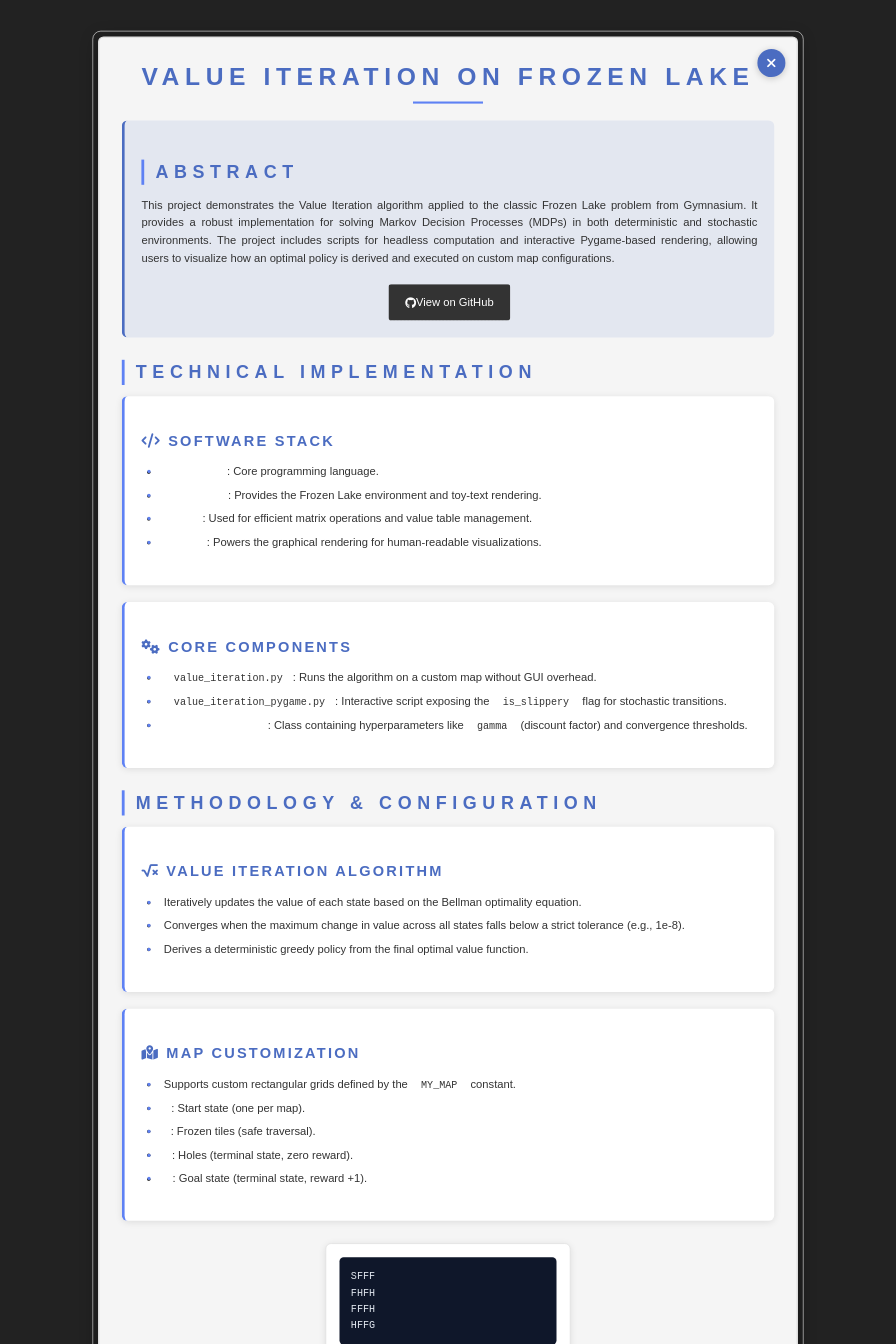
Repository: bk-poudel/bk-poudel.github.io
Page: projects/value_iteration_frozen_lake.html
An editor plug-in stored every save of this project. The page is shown before and after the next save, followed by the edit.
The browser window is 1280 px wide. The pictures show the part of the page from y = 0 to 1920 px (the page is 3699 px tall), at 70% of full size.

Above is the page before, as saved 2025-12-28 12:26:07.

### projects/value_iteration_frozen_lake.html
<!DOCTYPE HTML>
<html lang="en">
<head>
    <title>Value Iteration on Frozen Lake - Bibek Poudel</title>
    <meta charset="utf-8" />
    <meta name="viewport" content="width=device-width, initial-scale=1, user-scalable=no" />
    <link rel="stylesheet" href="../assets/css/main.css" />
    <link rel="stylesheet" href="https://cdnjs.cloudflare.com/ajax/libs/font-awesome/6.4.0/css/all.min.css" />
    <noscript><link rel="stylesheet" href="../assets/css/noscript.css" /></noscript>
    <style>
        /* Consistent color scheme with dark background and light content */
        :root {
            --primary: #4b6cc1;
            --secondary: #666666;
            --accent: #5e81f4;
            --light: #f8f8f8;
            --dark: #1a1a1a;
            --text: #333333;
            --frame-color: #dddddd;
            --bg-color: #222222;
            --content-bg: #f5f5f5;
        }

        body {
            background-color: var(--bg-color);
            font-family: 'Arial', sans-serif;
            line-height: 1.6;
            padding: 20px;
        }

        .project-content {
            max-width: 1000px;
            margin: 2rem auto;
            padding: 2rem;
            background: var(--content-bg);
            border-radius: 8px;
            box-shadow: 0 4px 25px rgba(0,0,0,0.4);
            border: 2px solid var(--frame-color);
            position: relative;
            color: var(--text);
        }

        .project-content::before {
            content: "";
            position: absolute;
            top: -10px;
            left: -10px;
            right: -10px;
            bottom: -10px;
            border: 1px solid var(--frame-color);
            border-radius: 12px;
            pointer-events: none;
            z-index: -1;
        }

        h1 {
            text-align: center;
            color: var(--primary);
            font-size: 2.2rem;
            margin-bottom: 1.5rem;
            position: relative;
            padding-bottom: 1rem;
        }

        h1::after {
            content: "";
            position: absolute;
            bottom: 0;
            left: 50%;
            transform: translateX(-50%);
            width: 100px;
            height: 3px;
            background: var(--accent);
        }

        h2 {
            color: var(--primary);
            font-size: 1.6rem;
            margin-top: 2rem;
            margin-bottom: 1rem;
            border-left: 4px solid var(--accent);
            padding-left: 1rem;
        }

        h3 {
            color: var(--primary);
            font-size: 1.3rem;
            margin-top: 1.5rem;
        }

        p {
            text-align: justify;
            margin-bottom: 1.5rem;
            color: var(--text);
        }

        ul, ol {
            padding-left: 1.5rem;
            margin-bottom: 1.5rem;
        }

        li {
            margin-bottom: 0.5rem;
            position: relative;
            color: var(--text);
        }

        li::before {
            content: "•";
            color: var(--accent);
            font-weight: bold;
            position: absolute;
            left: -1rem;
        }

        .button {
            background: var(--primary);
            color: white;
            padding: 0.8rem 1.5rem;
            border-radius: 4px;
            text-decoration: none;
            display: inline-flex;
            align-items: center;
            transition: all 0.3s ease;
            font-weight: 500;
            border: none;
        }

        .button:hover {
            background: var(--accent);
            transform: translateY(-2px);
        }

        .button i {
            margin-right: 0.5rem;
        }

        .abstract {
            background-color: rgba(75, 108, 193, 0.1);
            padding: 1.5rem;
            border-radius: 8px;
            margin-bottom: 2rem;
            border-left: 4px solid var(--primary);
        }

        .figure-container {
            display: flex;
            justify-content: center;
            flex-wrap: wrap;
            gap: 1.5rem;
            margin: 2rem 0;
        }

        .figure {
            flex: 0 1 350px;
            text-align: center;
            background: white;
            padding: 1.2rem;
            border-radius: 8px;
            box-shadow: 0 2px 10px rgba(0,0,0,0.1);
            transition: transform 0.3s ease;
            border: 1px solid #e0e0e0;
        }

        .figure:hover {
            transform: translateY(-5px);
        }

        .figure pre {
            text-align: left;
            background: #0f172a;
            color: #e2e8f0;
            padding: 1rem;
            border-radius: 6px;
            overflow-x: auto;
            font-size: 0.9rem;
            font-family: 'Courier New', monospace;
            margin-bottom: 0.8rem;
        }

        .figure-caption {
            font-style: italic;
            color: var(--secondary);
            font-size: 0.9rem;
        }

        .product-item {
            margin-bottom: 2.5rem;
            background: white;
            border-radius: 8px;
            overflow: hidden;
            box-shadow: 0 2px 15px rgba(0,0,0,0.1);
            border: 1px solid #e0e0e0;
        }

        .product-header {
            background: var(--primary);
            color: white;
            padding: 1rem;
            font-weight: 600;
        }

        .product-content {
            padding: 1.5rem;
        }

        .impact-points {
            display: grid;
            grid-template-columns: repeat(auto-fit, minmax(250px, 1fr));
            gap: 1.5rem;
            margin-top: 1.5rem;
        }

        .impact-point {
            background: white;
            padding: 1.5rem;
            border-radius: 8px;
            box-shadow: 0 2px 10px rgba(0,0,0,0.1);
            text-align: center;
            border: 1px solid #e0e0e0;
        }

        .impact-point i {
            font-size: 2rem;
            color: var(--primary);
            margin-bottom: 1rem;
        }

        .methodology-item {
            background: white;
            padding: 1.5rem;
            border-radius: 8px;
            margin-bottom: 1.5rem;
            box-shadow: 0 2px 10px rgba(0,0,0,0.1);
            border-left: 4px solid var(--accent);
        }

        .github-button {
            background: #333;
            color: white;
            padding: 0.8rem 1.5rem;
            border-radius: 4px;
            text-decoration: none;
            display: inline-flex;
            align-items: center;
            transition: all 0.3s ease;
            font-weight: 500;
        }

        .github-button:hover {
            background: #555;
            transform: translateY(-2px);
        }

        .feature-list {
            display: grid;
            grid-template-columns: repeat(auto-fit, minmax(300px, 1fr));
            gap: 1.5rem;
        }

        .feature-item {
            background: white;
            padding: 1.5rem;
            border-radius: 8px;
            box-shadow: 0 2px 10px rgba(0,0,0,0.1);
            border-left: 4px solid var(--primary);
        }

        .close-button {
            position: absolute;
            top: 1rem;
            right: 1rem;
            width: 40px;
            height: 40px;
            background: var(--primary);
            border: none;
            border-radius: 50%;
            color: white;
            font-size: 1.2rem;
            cursor: pointer;
            display: flex;
            align-items: center;
            justify-content: center;
            transition: all 0.3s ease;
            z-index: 10;
            text-decoration: none;
            box-shadow: 0 2px 10px rgba(0,0,0,0.2);
        }

        .close-button:hover {
            background: var(--accent);
            transform: scale(1.1);
            box-shadow: 0 4px 15px rgba(0,0,0,0.3);
            color: white;
            text-decoration: none;
        }

        .close-button:active {
            transform: scale(0.95);
        }

        @media (max-width: 768px) {
            .project-content {
                padding: 1.5rem;
                margin: 1rem;
            }

            h1 {
                font-size: 1.8rem;
            }

            .figure-container {
                flex-direction: column;
            }
        }
    </style>
</head>
<body class="is-preload">
    <div class="project-content">
        <a href="../index.html#projects" class="close-button" title="Back to Projects">
            <i class="fas fa-times"></i>
        </a>

        <h1>Value Iteration on Frozen Lake</h1>

        <div class="abstract">
            <h2>Abstract</h2>
            <p>This project demonstrates the Value Iteration algorithm applied to the classic Frozen Lake problem from Gymnasium. It provides a robust implementation for solving Markov Decision Processes (MDPs) in both deterministic and stochastic environments. The project includes scripts for headless computation and interactive Pygame-based rendering, allowing users to visualize how an optimal policy is derived and executed on custom map configurations.</p>
            <div style="text-align: center; margin-top: 1rem;">
                <a href="https://github.com/bk-poudel/Stanford-224R/tree/main/Value_iteration" class="github-button" target="_blank">
                    <i class="fab fa-github"></i>
                    View on GitHub
                </a>
            </div>
        </div>

        <div class="technologies-used">
            <h2>Technical Implementation</h2>

            <div class="methodology-item">
                <h3><i class="fas fa-code"></i> Software Stack</h3>
                <ul>
                    <li><strong>Python 3.9+</strong>: Core programming language.</li>
                    <li><strong>Gymnasium</strong>: Provides the Frozen Lake environment and toy-text rendering.</li>
                    <li><strong>NumPy</strong>: Used for efficient matrix operations and value table management.</li>
                    <li><strong>Pygame</strong>: Powers the graphical rendering for human-readable visualizations.</li>
                </ul>
            </div>

            <div class="methodology-item">
                <h3><i class="fas fa-cogs"></i> Core Components</h3>
                <ul>
                    <li><code>value_iteration.py</code>: Runs the algorithm on a custom map without GUI overhead.</li>
                    <li><code>value_iteration_pygame.py</code>: Interactive script exposing the <code>is_slippery</code> flag for stochastic transitions.</li>
                    <li><strong>CustomFrozenLake</strong>: Class containing hyperparameters like <code>gamma</code> (discount factor) and convergence thresholds.</li>
                </ul>
            </div>
        </div>

        <div class="methodology">
            <h2>Methodology & Configuration</h2>

            <div class="methodology-item">
                <h3><i class="fas fa-square-root-alt"></i> Value Iteration Algorithm</h3>
                <ul>
                    <li>Iteratively updates the value of each state based on the Bellman optimality equation.</li>
                    <li>Converges when the maximum change in value across all states falls below a strict tolerance (e.g., 1e-8).</li>
                    <li>Derives a deterministic greedy policy from the final optimal value function.</li>
                </ul>
            </div>

            <div class="methodology-item">
                <h3><i class="fas fa-map-marked-alt"></i> Map Customization</h3>
                <ul>
                    <li>Supports custom rectangular grids defined by the <code>MY_MAP</code> constant.</li>
                    <li><strong>S</strong>: Start state (one per map).</li>
                    <li><strong>F</strong>: Frozen tiles (safe traversal).</li>
                    <li><strong>H</strong>: Holes (terminal state, zero reward).</li>
                    <li><strong>G</strong>: Goal state (terminal state, reward +1).</li>
                </ul>
            </div>
        </div>

        <div class="figure-container">
            <div class="figure">
                <pre>
SFFF
FHFH
FFFH
HFFG
</pre>
                <div class="figure-caption">Figure 1: Example 4x4 Frozen Lake map configuration. 'S' is Start, 'G' is Goal, 'H' are Holes.</div>
                <p>The agent must navigate from S to G while avoiding H. In slippery mode, movement direction is stochastic.</p>
            </div>
        </div>

        <div class="products-created">
            <h2>Key Features</h2>

            <div class="feature-list">
                <div class="feature-item">
                    <h3><i class="fas fa-desktop"></i> Dual Execution Modes</h3>
                    <p>Choose between a fast, headless script for quick convergence checks or a Pygame-based visualizer to watch the agent's behavior in real-time.</p>
                </div>

                <div class="feature-item">
                    <h3><i class="fas fa-dice"></i> Dynamic Transitions</h3>
                    <p>Toggle the <code>is_slippery</code> flag to switch between deterministic movement and stochastic dynamics, testing the robustness of the learned policy.</p>
                </div>

                <div class="feature-item">
                    <h3><i class="fas fa-sliders-h"></i> Tunable Hyperparameters</h3>
                    <p>Direct access to tuning parameters like the discount factor (gamma) and convergence tolerance allows for experimentation with planning horizons and accuracy.</p>
                </div>
            </div>
        </div>

        <div class="impact">
            <h2>Results and Impact</h2>
            <p>The implementation successfully demonstrates the power of Dynamic Programming in solving finite MDPs. The agent reliably learns to navigate complex, hole-ridden maps, adapting its path based on the environmental dynamics.</p>

            <div class="impact-points">
                <div class="impact-point">
                    <i class="fas fa-check-circle"></i>
                    <h3>Convergence</h3>
                    <p>Achieves optimal policy convergence within seconds for standard grid sizes.</p>
                </div>

                <div class="impact-point">
                    <i class="fas fa-graduation-cap"></i>
                    <h3>Educational Value</h3>
                    <p>Provides a clear, modifiable sandbox for understanding Reinforcement Learning fundamentals.</p>
                </div>

                <div class="impact-point">
                    <i class="fas fa-eye"></i>
                    <h3>Visual Verification</h3>
                    <p>Visual tools allow immediate verification of policy safety and efficiency.</p>
                </div>
            </div>

            <h3 style="margin-top: 2rem;">Future Work</h3>
            <ul>
                <li>Implement Policy Iteration for performance benchmarking.</li>
                <li>Scale to larger, procedurally generated maps (8x8 and beyond).</li>
                <li>Integrate Q-Learning to compare model-based vs. model-free approaches.</li>
            </ul>
        </div>

        <div class="conclusion">
            <h2>Conclusion</h2>
            <p>This project serves as a foundational implementation of Value Iteration, bridging the gap between theoretical MDP concepts and practical code. By offering both computational and visual interfaces, it enables a deeper understanding of how agents plan and adapt in uncertain environments. The modular design allows for easy extension to more complex grid worlds and algorithms.</p>
        </div>

        <div class="home-button" style="text-align: center; margin-top: 3rem;">
            <a href="../index.html#projects" class="button">
                <i class="fas fa-arrow-left"></i>
                Back to Projects
            </a>
        </div>
    </div>

    <!-- Scripts -->
    <script src="../assets/js/jquery.min.js"></script>
    <script src="../assets/js/browser.min.js"></script>
    <script src="../assets/js/breakpoints.min.js"></script>
    <script src="../assets/js/util.js"></script>
    <script src="../assets/js/main.js"></script>
</body>
</html>

Loaded but not shown: assets/js/jquery.min.js (library); assets/js/browser.min.js (common file); assets/js/breakpoints.min.js (common file); assets/css/fontawesome-all.min.css (library); assets/js/util.js (587 lines, source omitted); assets/js/main.js (401 lines, source omitted); assets/css/main.css (1753 lines, source omitted)

After the next save:
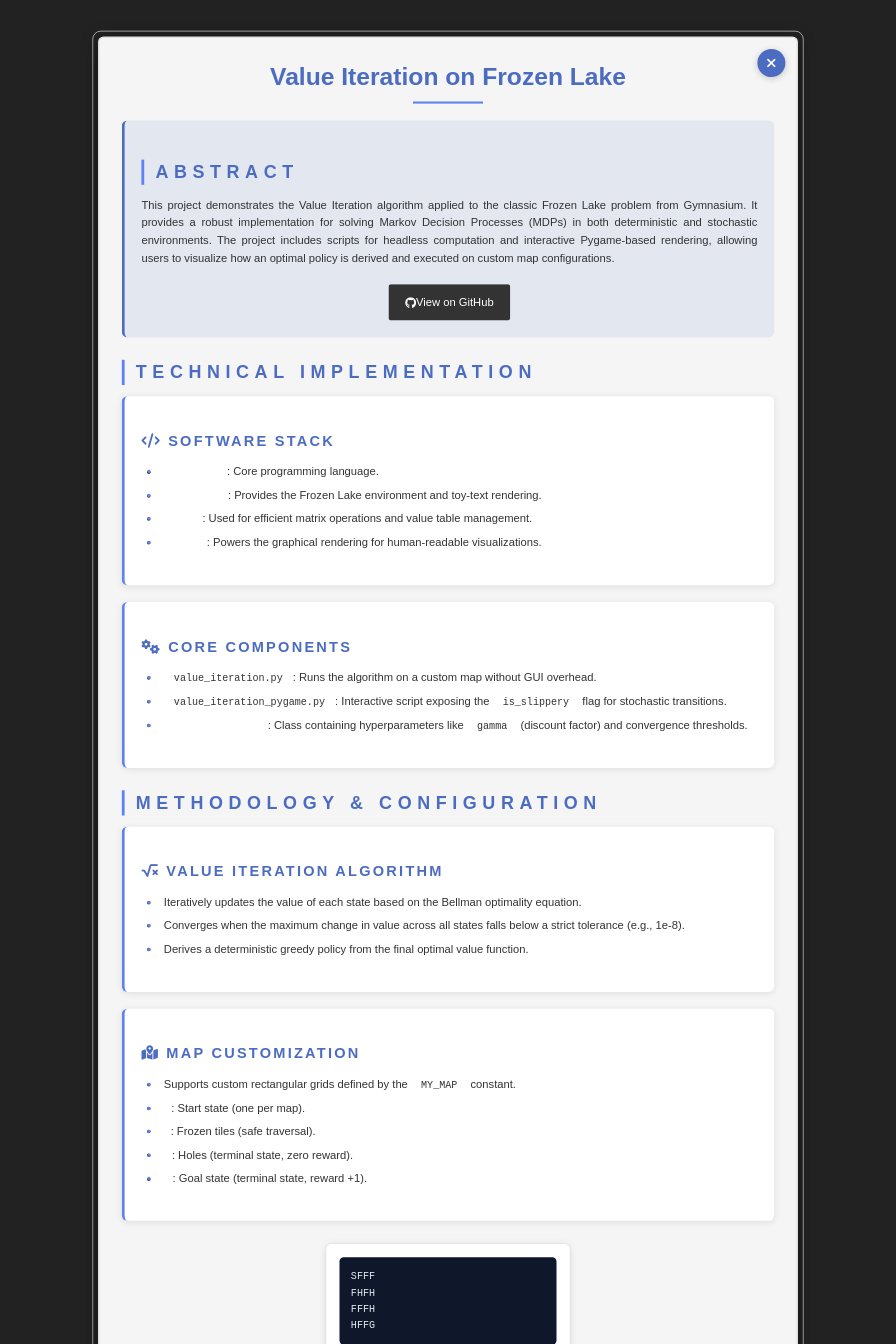
Saved 2 min 43 s later.
--- a/projects/value_iteration_frozen_lake.html
+++ b/projects/value_iteration_frozen_lake.html
@@ -60,6 +60,8 @@
             margin-bottom: 1.5rem;
             position: relative;
             padding-bottom: 1rem;
+            text-transform: none;
+            letter-spacing: normal;
         }
 
         h1::after {
